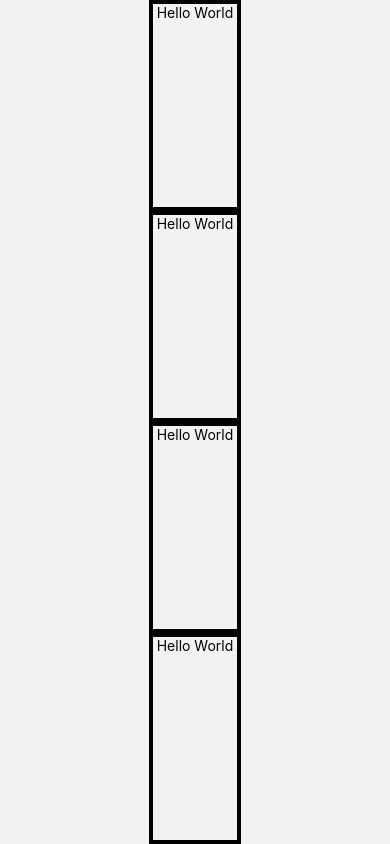
Repository: awarbler/reactNotesApp
Screen: / (app in reactNoteApp/)
The author's editor kept a copy of each file at every save. The screen is drawn from the files as they stood at one save, then again after the next save.
The app was drawn by React Native's web renderer in a window 390 px wide. The project was rebuilt for these pictures with package versions that can differ from the ones it lists, and the page was loaded fresh each time.

Above is the screen before, as saved 2022-05-19 17:21:58.

After the next save:
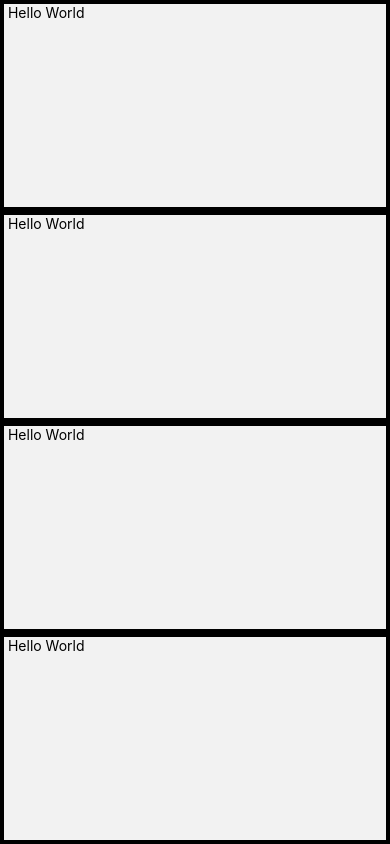
Saved 17 s later.
--- a/reactNoteApp/src/screens/Home/Home.js
+++ b/reactNoteApp/src/screens/Home/Home.js
@@ -23,6 +23,7 @@ const styles = StyleSheet.create({
     },
     oneFourth:{
         flex:1,
+        width:'100%',
         borderWidth: 4
     }
 })
